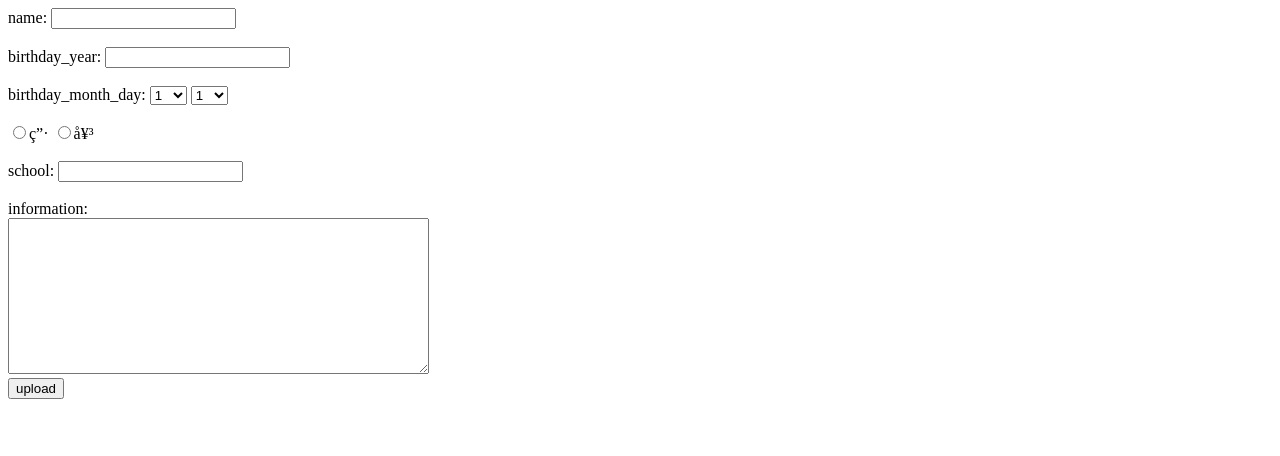
Repository: Brief-drizzle/Java-Web
Page: project1/resume.html
The author's editor kept a copy of each file at every save. The page is drawn from the files as they stood at one save, then again after the next save.
The browser window is 1280 px wide. The pictures show the whole page.

Above is the page before, as saved 2020-10-20 05:06:59.

After the next save:
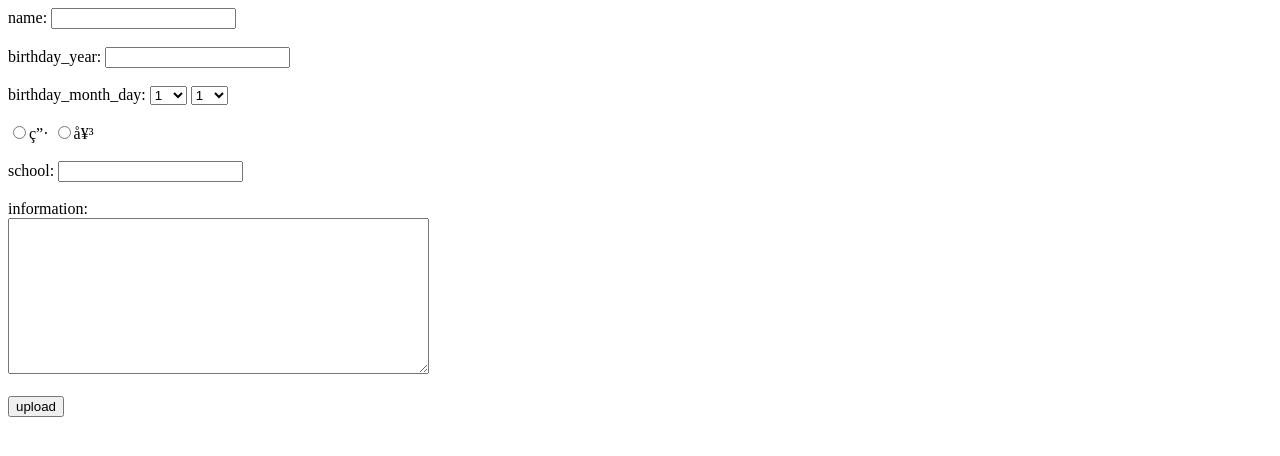
Saved 20 s later.
--- a/project1/resume.html
+++ b/project1/resume.html
@@ -69,7 +69,7 @@
   school:     <input type="text" name="school"><br><br>
   information:<br>
   <textarea cols="50" rows="10">
-  </textarea><br/>
+  </textarea><br/><br>
   <input type="submit" value="upload">
 </form>
   </body>
